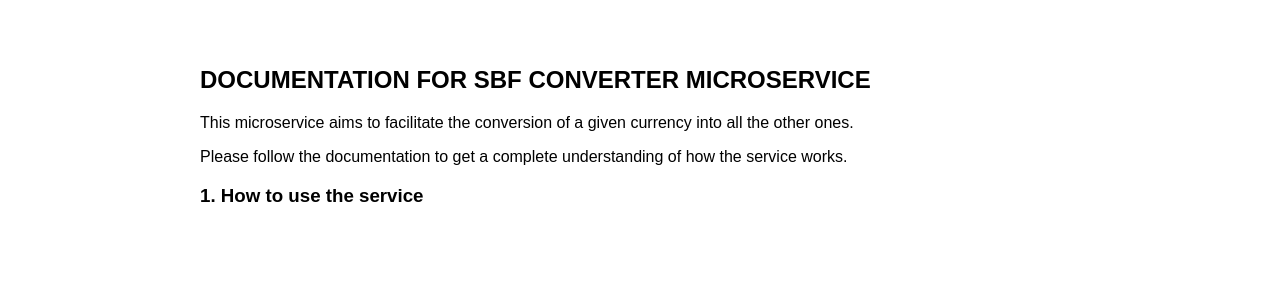
Repository: miguelamello/nestjs-restful-api
Page: documentation.html
These files come from the project's save history. The page is drawn as it stood at one moment and after the next save; the edit follows.
The browser window is 1280 px wide. The pictures show the whole page.

Above is the page before, as saved 2023-03-21 21:55:24.

After the next save:
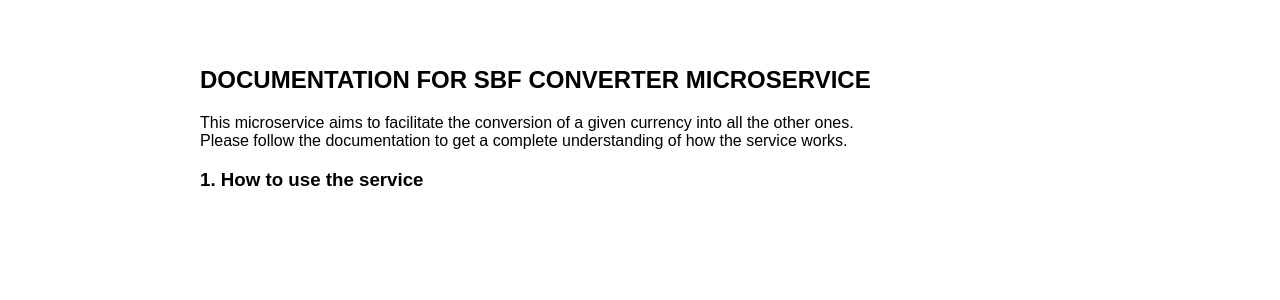
Saved 11 s later.
--- a/documentation.html
+++ b/documentation.html
@@ -15,8 +15,7 @@
 <body>
   <h2>DOCUMENTATION FOR SBF CONVERTER MICROSERVICE</h2>
   <p>This microservice aims to facilitate the conversion of a given currency
-    into all the other ones.</p>
-  <p>Please follow the documentation to get a complete
+    into all the other ones. <br>Please follow the documentation to get a complete
   understanding of how the service works. </p>
 
   <h3>1. How to use the service</h3>
